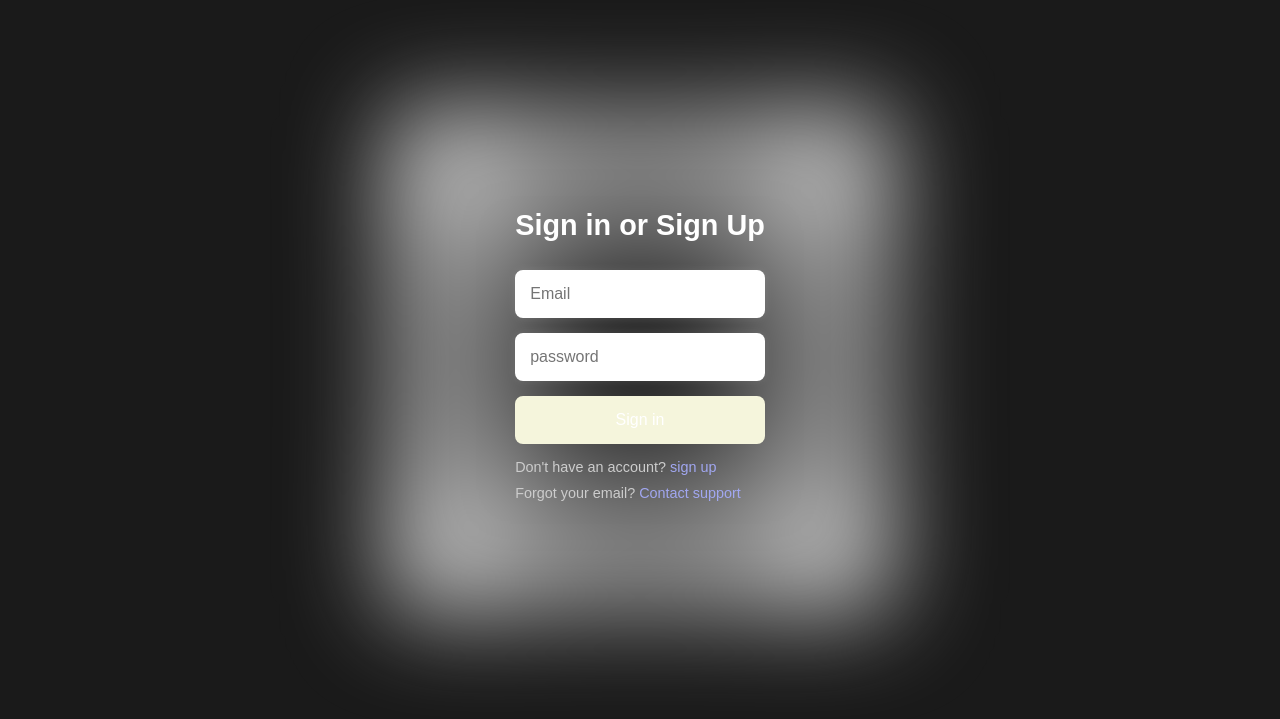
Repository: cmd-keyu/mobileppsh
Page: pages/login.html
These files come from the project's save history. The page is drawn as it stood at one moment and after the next save; the edit follows.
The browser window is 1280 px wide. The pictures show the whole page.

Above is the page before, as saved 2024-11-12 00:21:07.

### pages/login.html
<!DOCTYPE html>
<html lang="en">
<head>
  <meta charset="UTF-8">
  <meta name="viewport" content="width=device-width, initial-scale=1.0">
  <title>Sign In Form</title>
  <link rel="stylesheet" href="../css/login.css">
  <script src="../javascript/login.js" defer></script>
</head>
<body>
  <div class="container">
    <div class="glow-box">
      <h2 style="color: white;">Sign in or Sign Up</h2>
      <br>
      <!-- <p>All that is required is only your email for sign-up or sign-in!!</p> -->
      <form action="account.html">
        <div class="sign-up">
            <input type="text" placeholder="name" class="disabled-btn">
            <br>
            <br>
            <input type="text" placeholder="address (Optional)">
            <br>
            </div>
        <input type="email" placeholder="Email" required>
        <input type="password" placeholder="password" required>
        <button type="submit" class="sign-in-btn-hide">Sign in</button>
        <button type="submit" class="sign-up-btn-hide">Sign up</button>
      </form>
      <div class="support">
        <p class="sign-up-text-hide">Don't have an account? <label for="sign-up-btn" class="colorsnup">sign up</label><button class="sign-up-btn hide-btn2" id="sign-up-btn">sign up</button></p>
        <p class="sign-in-text-hide">Already have an account? <label for="sign-in-btn" class="colorsnup">sign in</label><button class="sign-in-btn hide-btn2" id="sign-in-btn">sign in</button></p>
        <p>Forgot your email? <a href="#">Contact support</a></p>
      </div>
    </div>
  </div>
</body>
</html>

### css/login.css
* {
    margin: 0;
    padding: 0;
    box-sizing: border-box;
    font-family: Arial, sans-serif;
  }

  body {
    display: flex;
    justify-content: center;
    align-items: center;
    height: 100vh;
    background-color: #1a1a1a;
  }

  .container {
    display: flex;
    justify-content: center;
    align-items: center;
    height: 100%;
  }

  .glow-box::before {
    content: '';
    position: absolute;
    top: 50%;
    left: 50%;
    width: 500px;
    height: 500px;
    background: radial-gradient(circle, black, white);
    transform: translate(-50%, -50%);
    z-index: -1;
    border-radius: 5%;
    filter: blur(50px);
  }

  h2 {
    font-size: 1.8em;
    margin-bottom: 10px;
  }
  label:hover{

    text-decoration: underline;

  }

  p {
    margin-bottom: 10px;
    font-size: 0.9em;
    color: #ccc;
  }

  form {
    display: flex;
    flex-direction: column;
    gap: 15px;
  }

  input[type="email"] {
    padding: 15px;
    font-size: 1em;
    border: none;
    border-radius: 8px;
    outline: none;
    width: 100%;
    box-shadow: 0 0 8px rgba(255, 255, 255, 0.1);
  }
  input[type="password"] {
    padding: 15px;
    font-size: 1em;
    border: none;
    border-radius: 8px;
    outline: none;
    width: 100%;
    box-shadow: 0 0 8px rgba(255, 255, 255, 0.1);
  }

  input[type="text"] {
    padding: 15px;
    font-size: 1em;
    border: none;
    border-radius: 8px;
    outline: none;
    width: 100%;
    box-shadow: 0 0 8px rgba(255, 255, 255, 0.1);
  }

  button {
    padding: 15px;
    font-size: 1em;
    background-color: beige;
    color: #fff;
    border: none;
    border-radius: 8px;
    cursor: pointer;
    transition: background 0.3s;
  }

  button:hover {
    background-color: #4a3bdb;
  }

  .support {
    margin-top: 15px;
  }

  .support a {
    color: #a1a7f1;
    text-decoration: none;
  }

  .support a:hover {
    text-decoration: underline;
  }

  .sign-up{
    display: none;
  }

  .colorsnup{
    color: #a1a7f1;
  }

  .sign-up-btn-hide{
    display: none;
  }

  .hide-btn2{
    display: none;
  }

  .sign-in-text-hide{
    display: none;
  }

### javascript/login.js

const sign_up = document.querySelector('.sign-up')
const sign_up_btn = document.querySelector('.sign-up-btn')
const sign_in_btn = document.querySelector('.sign-in-btn')
const sign_in_btn_hide = document.querySelector('.sign-in-btn-hide')
const sign_up_btn_hide = document.querySelector('.sign-up-btn-hide')
const sign_in_text_hide = document.querySelector('.sign-in-text-hide')
const sign_up_text_hide = document.querySelector('.sign-up-text-hide')
const disabled_btn = document.querySelector('.disabled-btn')

sign_up_btn.addEventListener("click", () => {

  sign_up.style.display = 'block'
  sign_in_btn_hide.style.display = 'none'
  sign_up_btn_hide.style.display = 'block'
  sign_in_text_hide.style.display = 'block'
  sign_up_text_hide.style.display = 'none'
  disabled_btn.setAttribute('required', true)

})

sign_in_btn.addEventListener("click", () => {

  sign_up.style.display = 'none'
  sign_in_btn_hide.style.display = 'block'
  sign_up_btn_hide.style.display = 'none'
  sign_in_text_hide.style.display = 'none'
  sign_up_text_hide.style.display = 'block'
  disabled_btn.setAttribute('required', false)

})

After the next save:
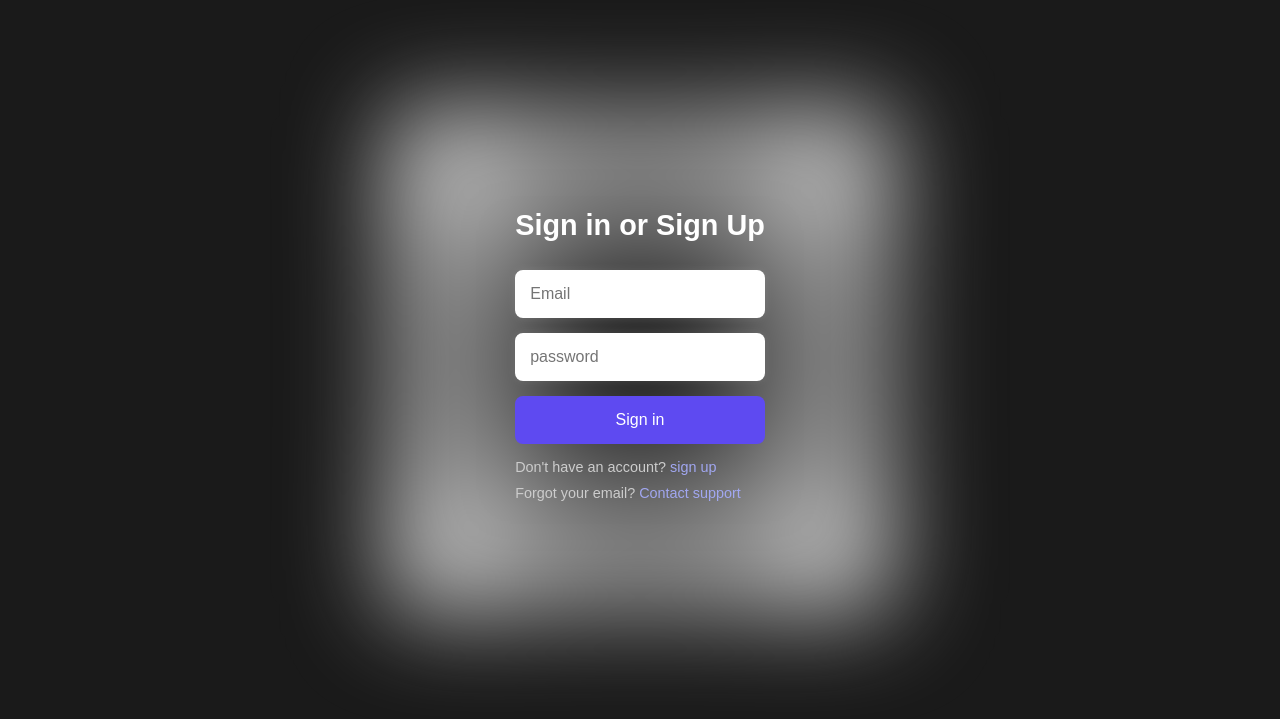
Saved 6 s later.
--- a/css/login.css
+++ b/css/login.css
@@ -88,7 +88,7 @@
   button {
     padding: 15px;
     font-size: 1em;
-    background-color: beige;
+    background-color: #5e4af1;
     color: #fff;
     border: none;
     border-radius: 8px;
